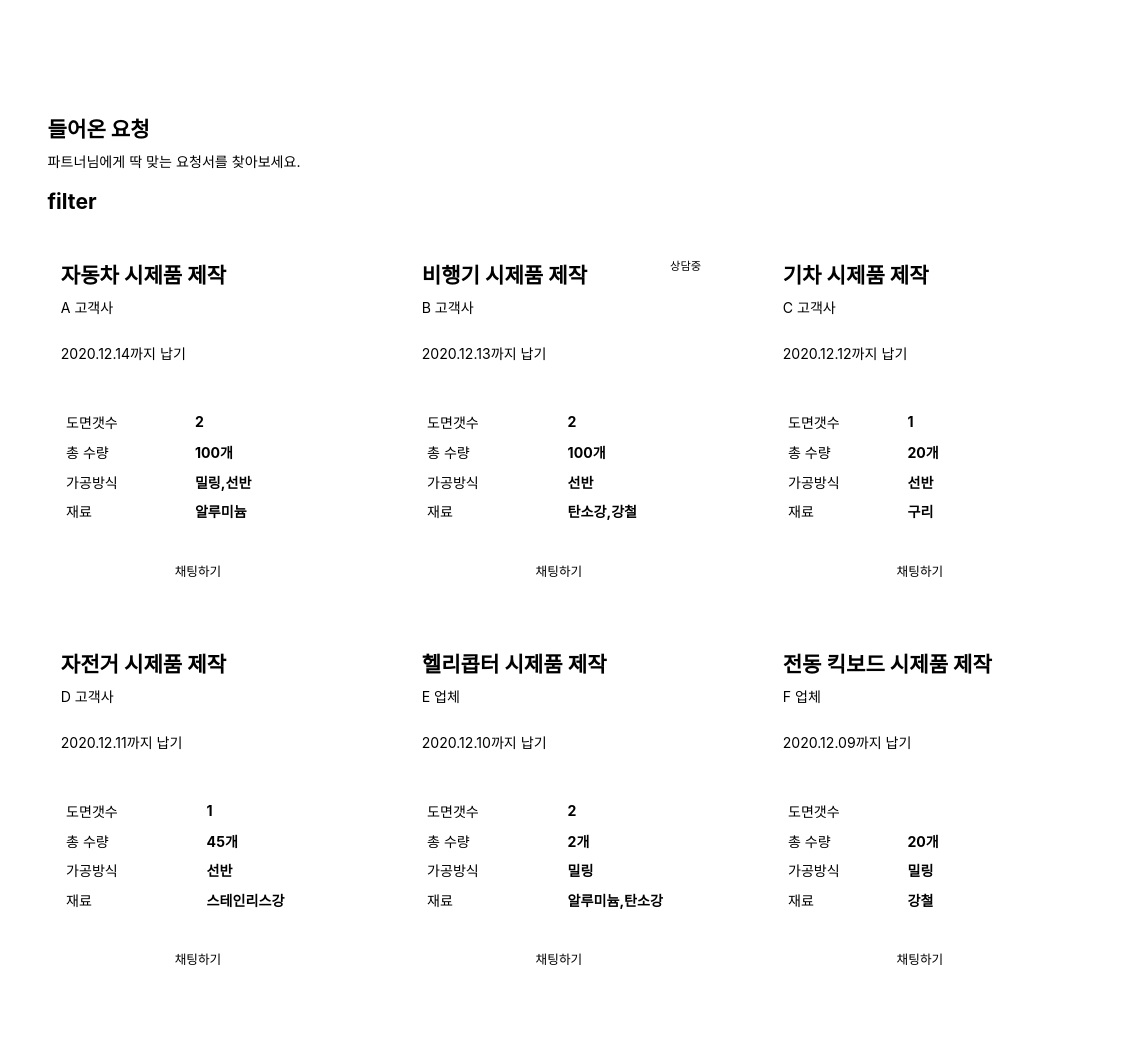
Repository: seoulsaram/capa
Page: /
The author's editor kept a copy of each file at every save. The page is drawn from the files as they stood at one save, then again after the next save.
The browser window is 1280 px wide. The pictures show the whole page, at 88% of full size.
The project was rebuilt for these pictures with package versions that can differ from the ones it lists, and the page was loaded fresh each time. Requests to the local data server were answered from the project's data file. Also part of the build but not shown: src/App.css, src/components/filter/filter.module.css.

Above is the page before, as saved 2021-03-06 02:17:19.

After the next save:
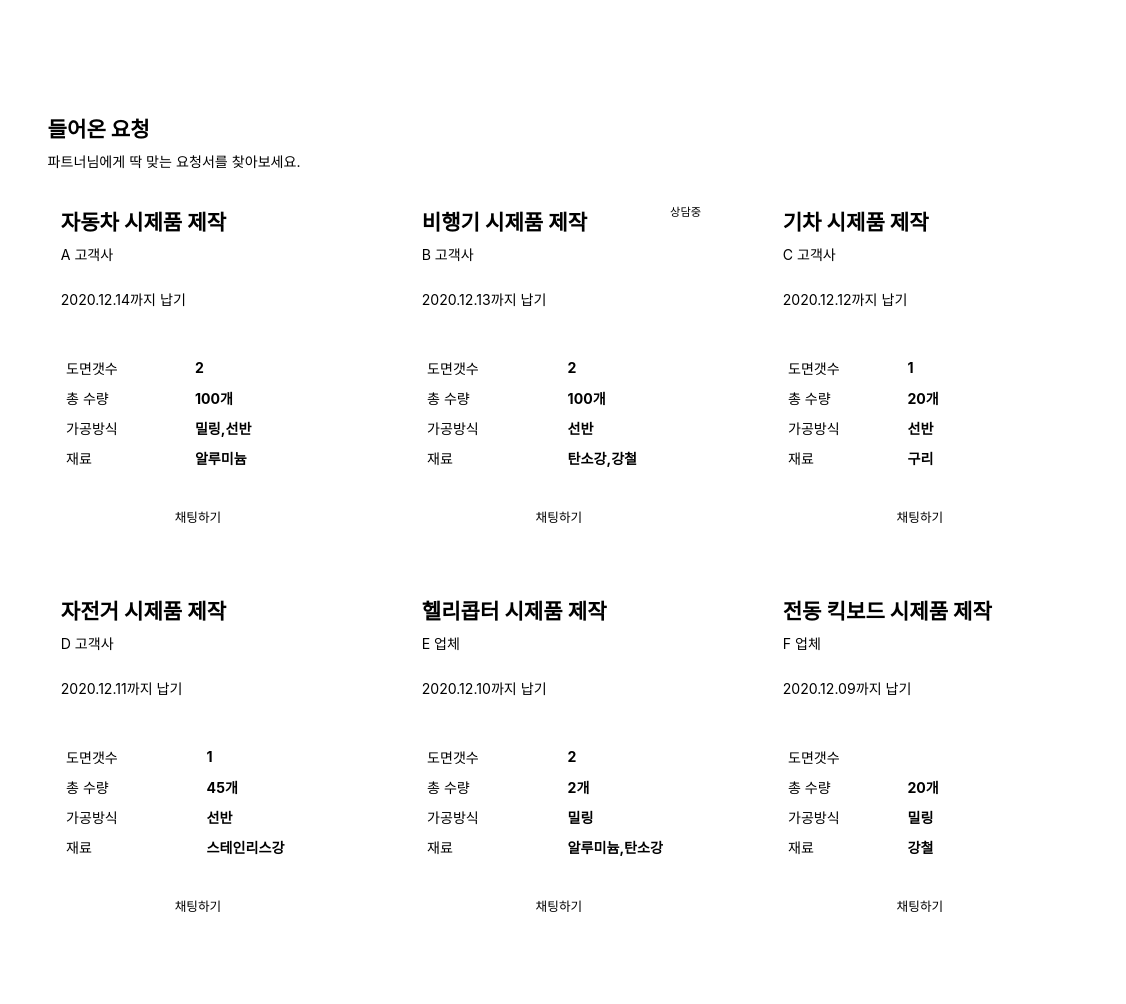
Saved 2 min 3 s later.
--- a/src/components/filter/filter.js
+++ b/src/components/filter/filter.js
@@ -1,6 +1,15 @@
 import React from "react";
 import styles from "./filter.module.css";
 
-const Filter = ({ reqInfo }) => <h1>filter</h1>;
+const Filter = ({ reqInfo }) => {
+  return (
+    <section className={styles.section}>
+      <div className={styles.filter}></div>
+      <div></div>
+      <div></div>
+      <div></div>
+    </section>
+  );
+};
 
 export default Filter;
